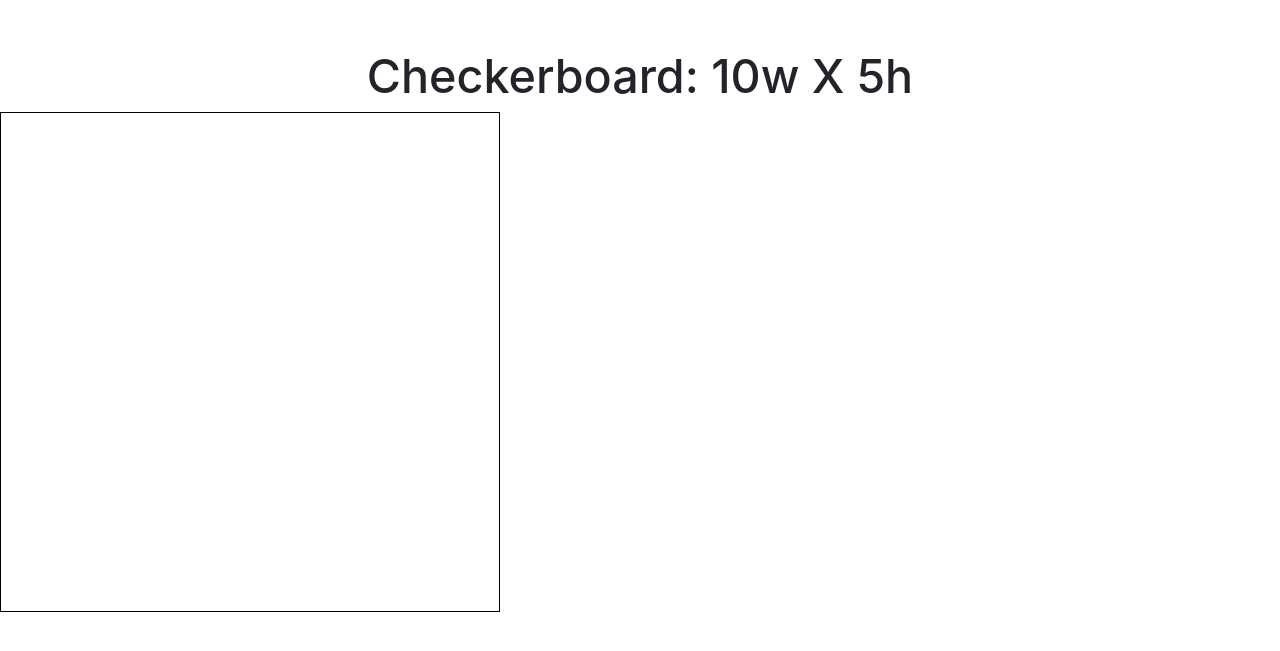
Repository: ACow3/java
Page: http://localhost/Checkerboard/checkerboard.jsp
The author's editor kept a copy of each file at every save. The page is drawn from the files as they stood at one save, then again after the next save.
The browser window is 1280 px wide. The pictures show the whole page.
The page is served by Tomcat 9.

Above is the page before, as saved 2019-08-09 00:51:02.

### javaOOP/Checkerboard/WebContent/checkerboard.jsp
<%@ page language="java" contentType="text/html; charset=UTF-8"
    pageEncoding="UTF-8"%>
<!DOCTYPE html>
<html>
<head>
<meta charset="UTF-8">
<link rel="stylesheet" href="https://stackpath.bootstrapcdn.com/bootstrap/4.3.1/css/bootstrap.min.css" integrity="sha384-ggOyR0iXCbMQv3Xipma34MD+dH/1fQ784/j6cY/iJTQUOhcWr7x9JvoRxT2MZw1T" crossorigin="anonymous">
<title>Checkerboard</title>
<style>
	.container{
		text-align: center;
	}

	.cb_title{
		font-size: 35pt;
		text-align: center;
	}

	.checkerboard{
		border: 1px solid black;
		text-align: center;
		width: 500px;
		height: 500px;
	}
</style>
</head>
<body>

	<div class="mastercontainer">
		<div class="container mt-5">
		<h1 class="cb_title">Checkerboard: 10w X 5h</h1>

		</div>

		<div class="checkerboard"></div>
	</div>

</body>
</html>

After the next save:
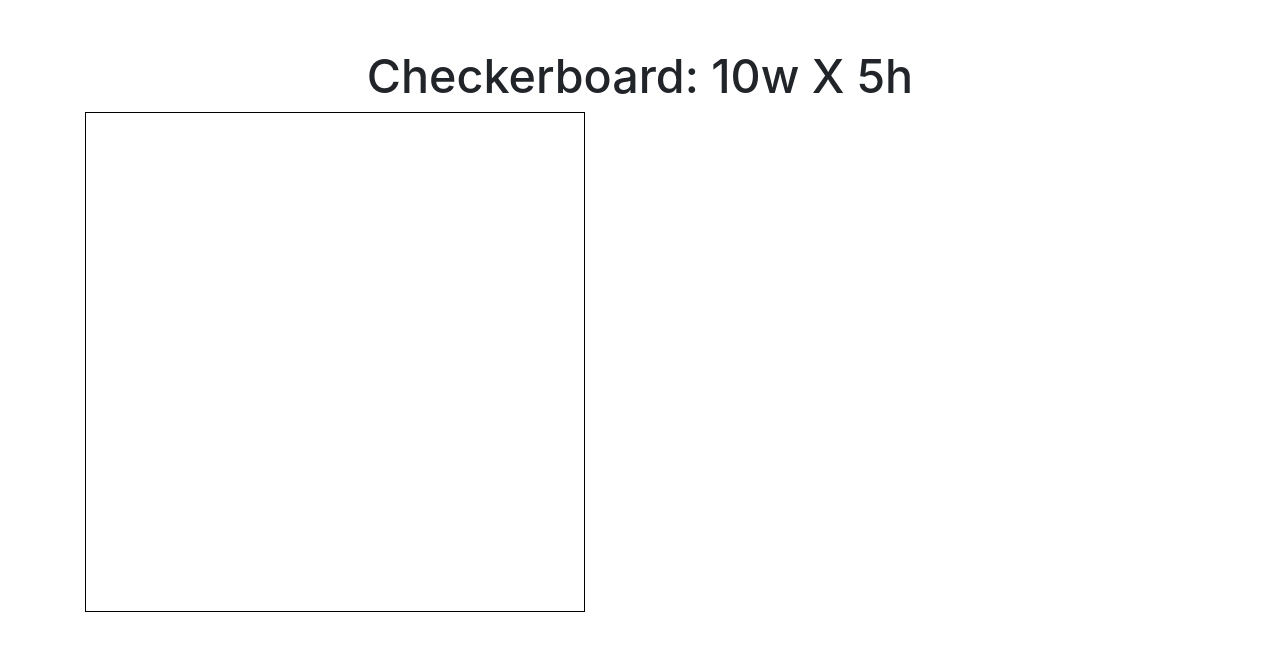
Saved 25 s later.
--- a/javaOOP/Checkerboard/WebContent/checkerboard.jsp
+++ b/javaOOP/Checkerboard/WebContent/checkerboard.jsp
@@ -30,9 +30,9 @@
 		<div class="container mt-5">
 		<h1 class="cb_title">Checkerboard: 10w X 5h</h1>
 
+		<div class="checkerboard"></div>
 		</div>
 
-		<div class="checkerboard"></div>
 	</div>
 
 </body>
